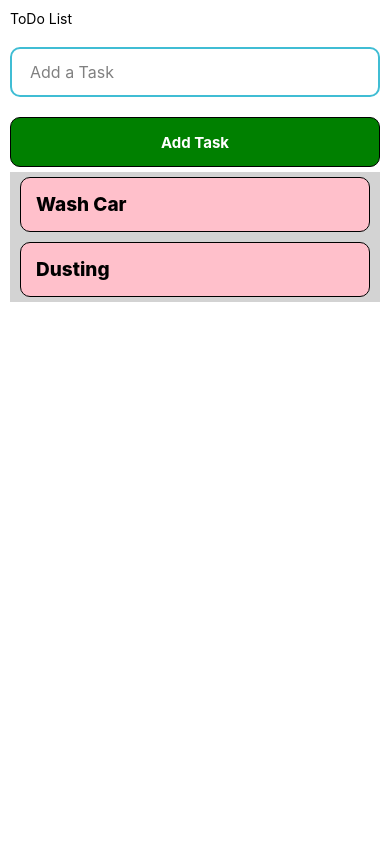
Repository: raisingh22/Projects
Screen: /
An editor plug-in stored every save of this project. The screen is shown before and after a run of saves, followed by the edit.
The app was drawn by React Native's web renderer in a window 390 px wide. The project was rebuilt for these pictures with package versions that can differ from the ones it lists, and the page was loaded fresh each time.

Above is the screen before, as saved 2024-01-21 19:19:19.

After the next 2 saves:
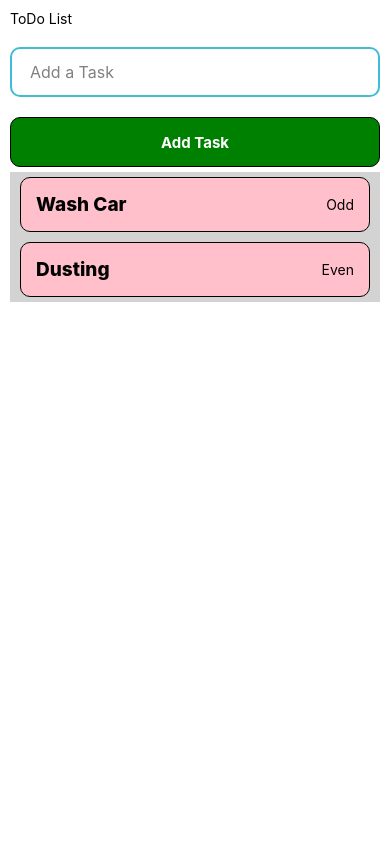
The 2 saves are shown as one change because they came seconds apart.
The last was saved 7 s later.
--- a/src/ToDoList/screens/ToDo.js
+++ b/src/ToDoList/screens/ToDo.js
@@ -54,7 +54,7 @@
                 fontSize:19
             }}>{item.name}</Text>
             <Text>
-
+                {index % 2 === 0 ? 'Odd' : 'Even'}
             </Text>
           </View>
         )}

After the save that followed:
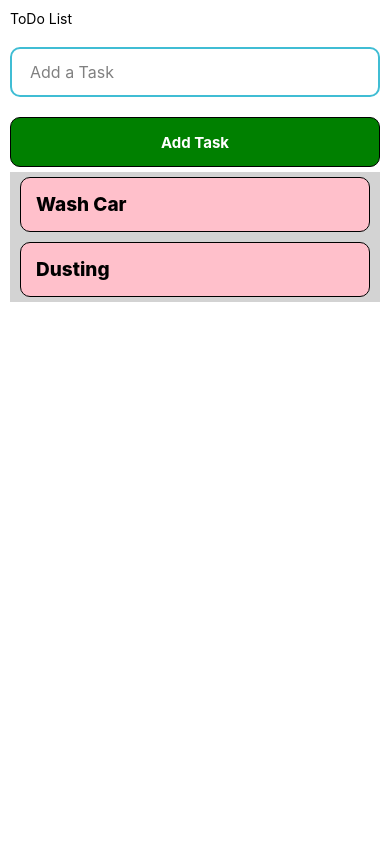
Saved 8 s later.
--- a/src/ToDoList/screens/ToDo.js
+++ b/src/ToDoList/screens/ToDo.js
@@ -54,7 +54,7 @@
                 fontSize:19
             }}>{item.name}</Text>
             <Text>
-                {index % 2 === 0 ? 'Odd' : 'Even'}
+
             </Text>
           </View>
         )}
